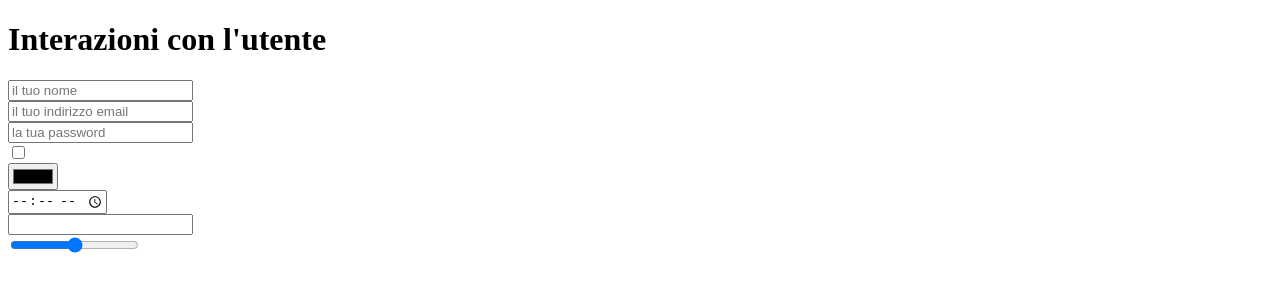
Repository: daniells-21/Pre-Corso-Ch2
Page: Pre-Corso.Ch2/index.html
The author's editor kept a copy of each file at every save. The page is drawn from the files as they stood at one save, then again after the next save.
The browser window is 1280 px wide. The pictures show the whole page.

Above is the page before, as saved 2023-04-12 12:40:40.

### Pre-Corso.Ch2/index.html
<!DOCTYPE html>
<html lang="en">
<head>
    <meta charset="UTF-8">
    <meta http-equiv="X-UA-Compatible" content="IE=edge">
    <meta name="viewport" content="width=device-width, initial-scale=1.0">
    <title>Form e input fields</title>
</head>
<body>
    <h1>Interazioni con l'utente</h1>
    <div>
        <input type="text" placeholder="il tuo nome"/>
    </div>
    <div>
        <input type="email" placeholder="il tuo indirizzo email"/>
    </div>
    <div>
        <input type="password" placeholder="la tua password"/>
    </div>
    <div>
        <input type="checkbox"/>
    </div>
    <div>
        <input type="color"/>
    </div>
    <div>
        <input type="time"/>
    </div>
    <div>
        <input type="datetime"/>
    </div>
    <div>
        <input type="range"/>
    </div>
</body>
</html>

After the next save:
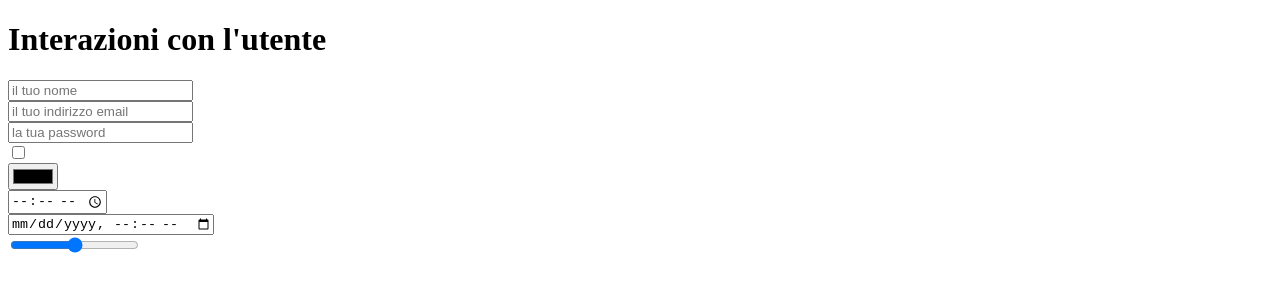
Saved 16 s later.
--- a/Pre-Corso.Ch2/index.html
+++ b/Pre-Corso.Ch2/index.html
@@ -27,7 +27,7 @@
         <input type="time"/>
     </div>
     <div>
-        <input type="datetime"/>
+        <input type="datetime-local"/>
     </div>
     <div>
         <input type="range"/>
